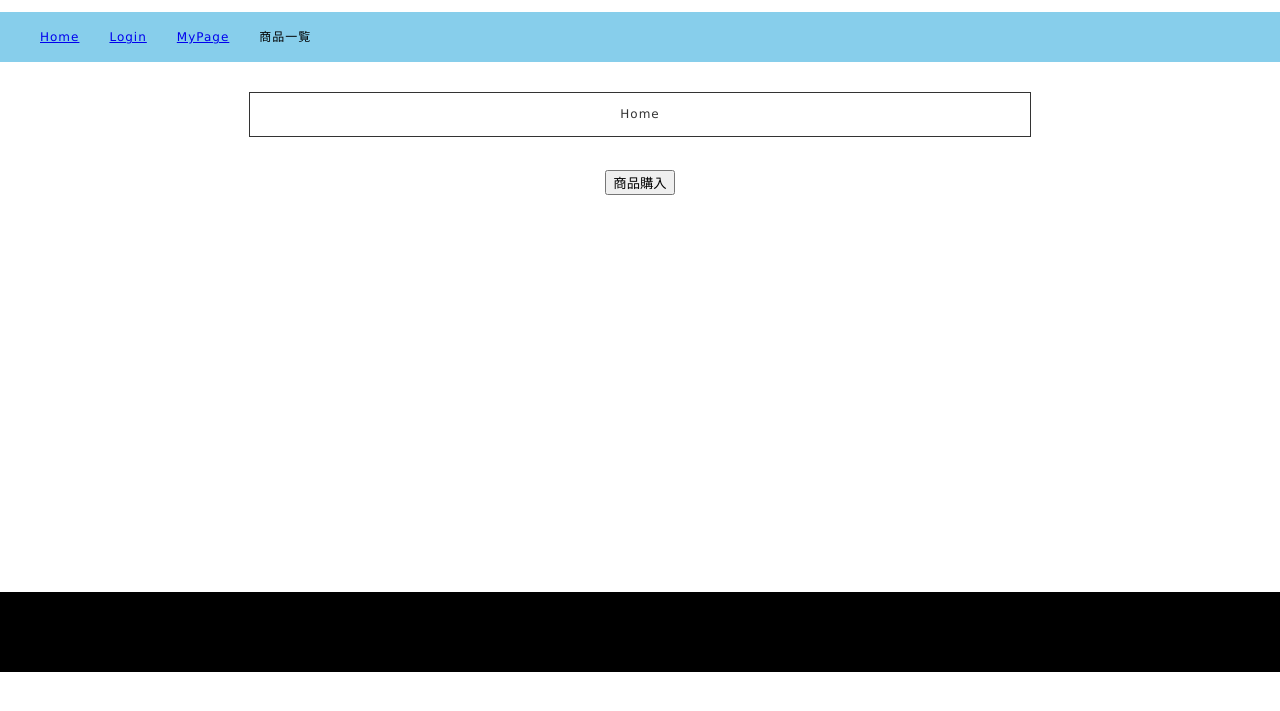
Repository: RYOYAEGAWA/test
Page: http://localhost/ecsite_a/
The author's editor kept a copy of each file at every save. The page is drawn from the files as they stood at one save, then again after the next save.
The browser window is 1280 px wide. The pictures show the whole page.
The page is served by Tomcat 9.

Above is the page before, as saved 2018-05-18 05:23:11.

After the next save:
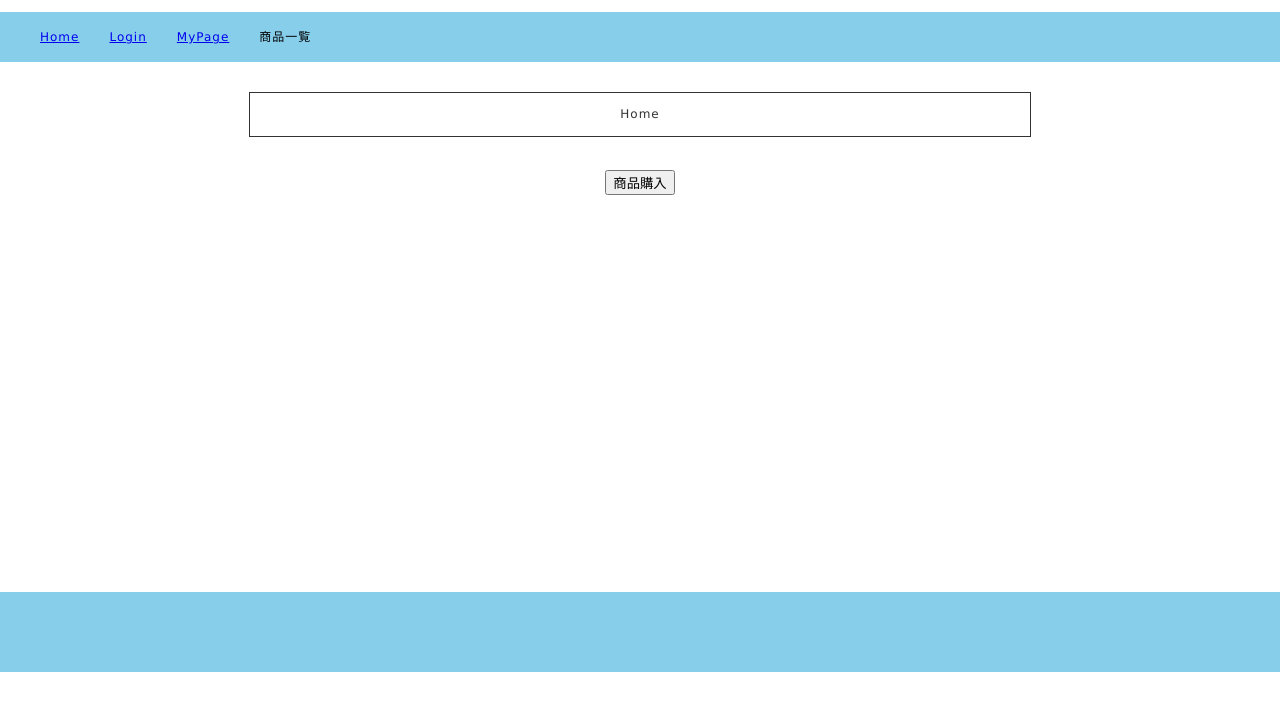
Saved 94 s later.
--- a/java/Eclipse_Data/ecsite_a/WebContent/home.jsp
+++ b/java/Eclipse_Data/ecsite_a/WebContent/home.jsp
@@ -50,7 +50,7 @@
 			#footer {
 			width:100%;
 			height:80px;
-			background-color:black;
+			background-color:skyblue;
 			clear:both;
 			}
 			#text-center {
